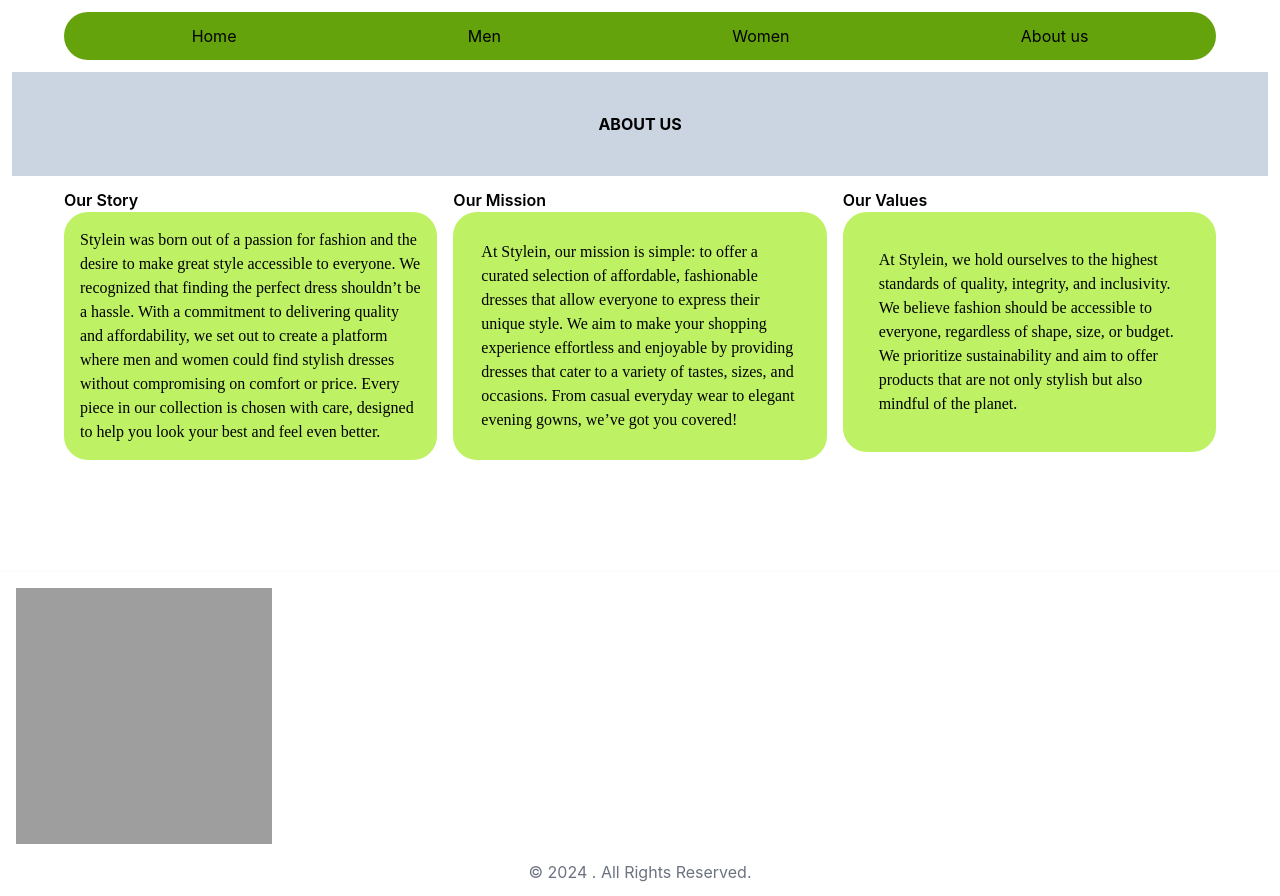
Repository: Mohankkanth/StyleIn_ShoppingSite
Page: /AboutUs
The author's editor kept a copy of each file at every save. The page is drawn from the files as they stood at one save, then again after the next save.
The browser window is 1280 px wide. The pictures show the whole page.
Pictures or frames that could not be fetched are drawn as grey boxes. The project was rebuilt for these pictures with package versions that can differ from the ones it lists, and the page was loaded fresh each time. Also part of the build but not shown: vite.config.js, src/component/Home/Home.jsx, src/component/api/MenProducts.jsx, src/component/Men/Men.jsx, src/component/Women/Women.jsx, src/component/api/KidsProducts.jsx, src/component/Kids/Kids.jsx, src/component/Errorpage/Errorpage.jsx and 18 more.

Above is the page before, as saved 2024-11-23 14:03:01.

### index.html
<!doctype html>
<html lang="en">

<head>
  <meta charset="UTF-8" />
  <meta name="viewport" content="width=device-width, initial-scale=1.0" />


  <link href="https://fonts.googleapis.com/css2?family=Montserrat:wght@400;700&display=swap" rel="stylesheet" />

  <title>Vite + React</title>



</head>

<body>
  <div id="root"></div>
  <script type="module" src="/src/index.jsx"></script>
</body>

</html>

### src/index.jsx
import ReactDOM from "react-dom";
import { createBrowserRouter, RouterProvider, Outlet } from "react-router-dom";
import Home from "./component/Home/Home";
import Men from "./component/Men/Men";
// import MenProducts from "./component/api/MenProducts";
import Women from "./component/Women/Women";
import Kids from "./component/Kids/Kids";
import Header from "./component/Header/Header";
import Footer from "./component/Footer/Footer";
import "./style.css";
import Errorpage from "./component/ErrorPage/Errorpage";
import Shirt from "./component/Men/Shirt";
import T_Shirt from "./component/Men/T_Shirt";
import Pant from "./component/Men/pant";
import Shorts from "./component/Men/Shorts";
import Boys from "./component/Kids/Boys/Boys";
import Girls from "./component/Kids/Girls/Girls";
import Kurtas from "./component/Women/kurtas";
import Sarees from "./component/Women/Saree";
import Leggin from "./component/Women/Leggin";
import Dupattas from "./component/Women/Dupattas";
import AboutUs from "./component/AboutUs/Aboutus";

const AppLayout = () => {
  return (
    <>
      <Header />
      <Outlet />
      <Footer />
    </>
  );
};

// Router Configuration
const Router = createBrowserRouter([
  {
    path: "/",
    element: <AppLayout />,
    children: [
      {
        path: "/",
        element: <Home />,
      },
      {
        path: "/Home",
        element: <Home />,
      },

      {
        path: "/Men",
        element: <Men />,
      },
      {
        path: "/Women",
        element: <Women/>,
      },
      {
        path: "/Kids",
        element: <Kids />,
      },
      {
        path:"/Shirt",
        element:<Shirt/>,
      },
      {
        path:"/T-Shirt",
        element:<T_Shirt/>,
      },
      {
        path:"/Pant",
        element:<Pant/>,
      },
      {
        path:"/Shorts",
        element:<Shorts/>,
      },
      {
        path:"/KidsBoys",
        element:<Boys/>,
      },
      {
        path:"/KidsGirls",
        element:<Girls/>,
      },

      {
        path:"/Kurtas",
        element:<Kurtas/>,
      },
      {
        path:"/Sarees",
        element:<Sarees/>,
      },
      {
        path:"/Leggins",
        element:<Leggin/>
      },
      {
        path:"/Dupattas",
        element:<Dupattas/>
      },
      {
        path:"/AboutUs",
        element:<AboutUs/>
      }
    ],
    errorElement:<Errorpage/>
  },
]);

// Render the Router
const root = ReactDOM.createRoot(document.getElementById("root"));
root.render(<RouterProvider router={Router} />);

### src/component/Header/Header.jsx
import { Link } from "react-router-dom"

const Header = () => {
  return (
    <>

      <div className="2xl:container mx-auto">
        <div className="w-[90%] mx-auto grid-cols-1">
          <div>
            <ul className="flex justify-around p-3 rounded-3xl bg-lime-600 font-mono mt-3">
              <Link to="/Home">
                <li className="hover:cursor-pointer  hover:text-white">Home</li>
              </Link>
              <Link to="/Men">
                <li className="hover:cursor-pointer  hover:text-white">Men
                </li>

              </Link>
              <Link to="/Women">
                <li className="hover:cursor-pointer  hover:text-white">Women</li>
              </Link>
              {/* <Link to="/Kids">
                <li className="hover:cursor-pointer  hover:text-white">Kids</li>
              </Link> */}
              <Link to="/Aboutus">
              <li className="hover:cursor-pointer  hover:text-white">About us</li>
              </Link>
            </ul>
          </div>
        </div>
      </div>
    </>
  )
}


export default Header

### src/component/Footer/Footer.jsx
import { Link } from "react-router-dom"

const Footer = () => {
  return (
    <>
      <footer className="bg-white  shadow  dark:bg-[#333333] mt-28">
        <div className="w-full mx-auto max-w-screen-xl p-4 md:flex md:items-center md:justify-between">
          <div>
          <img src="https://ik.imagekit.io/Sample/E-Commerce/Logo/StyleIn_Logo-removebg-preview.png?updatedAt=1732345349547" alt="" className="h-64 w-64" />

          </div>

          <div className="text-white">
            <p className="font-bold font-[Raleway]">Address</p>
            <p>
              <p className="font-[Raleway]">Stylein Fashion Store </p>
              123 Fashion Street,<br />
              T. Nagar, Chennai,<br /> Tamil Nadu 600017,
              India</p>
          </div>
          <div className="text-white">
            <p className="font-bold font-[Raleway]">Contact</p>
            <p></p>
            <p className="hover:cursor-pointer">Mobile:&nbsp;9523148795</p>
            <p className="hover:cursor-pointer">Email:&nbsp;support@stylein.com</p>
          </div>

          <div className="text-white">
            <p className="font-bold font-[Raleway]">Customer Service Hours</p>
            <p>
              Monday to Friday: 9:00 AM - 6:00 PM <br />
              Saturday: 10:00 AM - 4:00 PM <br />
              Sunday: Closed</p>
          </div>



        </div>
        <div className="flex justify-center pb-3">
        <span className="text-base  text-gray-500 sm:text-center dark:text-gray-400">
            © 2024{" "}
            {/* <a href="https://flowbite.com/" className="hover:underline">
              Flowbite™ </a> */}
            . All Rights Reserved.
          </span>
          </div>
      </footer>

    </>
  )
}


export default Footer

### src/style.css
@tailwind base;
@tailwind components;
@tailwind utilities;



/*Hero section image starting */

.flip-in-hor-bottom {
	-webkit-animation: flip-in-hor-bottom 0.5s cubic-bezier(0.250, 0.460, 0.450, 0.940) both;
	        animation: flip-in-hor-bottom 2s cubic-bezier(0.250, 0.460, 0.450, 0.940) both;
}


/* ----------------------------------------------
 * Generated by Animista on 2024-11-2 22:17:44
 * Licensed under FreeBSD License.
 * See http://animista.net/license for more info.
 * w: http://animista.net, t: @cssanimista
 * ---------------------------------------------- */

/**
 * ----------------------------------------
 * animation flip-in-hor-bottom
 * ----------------------------------------
 */
 @-webkit-keyframes flip-in-hor-bottom {
    0% {
      -webkit-transform: rotateX(80deg);
              transform: rotateX(80deg);
      opacity: 0;
    }
    100% {
      -webkit-transform: rotateX(0);
              transform: rotateX(0);
      opacity: 1;
    }
  }
  @keyframes flip-in-hor-bottom {
    0% {
      -webkit-transform: rotateX(80deg);
              transform: rotateX(80deg);
      opacity: 0;
    }
    100% {
      -webkit-transform: rotateX(0);
              transform: rotateX(0);
      opacity: 1;
    }
  }

  /*Hero section image ending */




  .shake-horizontal {
	-webkit-animation: shake-horizontal 0.5s cubic-bezier(0.455, 0.030, 0.515, 0.955) both;
	        animation: shake-horizontal 30s cubic-bezier(0.455, 0.030, 0.515, 0.955) both;
}


/* ----------------------------------------------
 * Generated by Animista on 2024-11-2 22:48:21
 * Licensed under FreeBSD License.
 * See http://animista.net/license for more info.
 * w: http://animista.net, t: @cssanimista
 * ---------------------------------------------- */

/**
 * ----------------------------------------
 * animation shake-horizontal
 * ----------------------------------------
 */
 @-webkit-keyframes shake-horizontal {
    0%,
    100% {
      -webkit-transform: translateX(0);
              transform: translateX(0);
    }
    10%,
    30%,
    50%,
    70% {
      -webkit-transform: translateX(-10px);
              transform: translateX(-10px);
    }
    20%,
    40%,
    60% {
      -webkit-transform: translateX(10px);
              transform: translateX(10px);
    }
    80% {
      -webkit-transform: translateX(8px);
              transform: translateX(8px);
    }
    90% {
      -webkit-transform: translateX(-8px);
              transform: translateX(-8px);
    }
  }
  @keyframes shake-horizontal {
    0%,
    100% {
      -webkit-transform: translateX(0);
              transform: translateX(0);
    }
    10%,
    30%,
    50%,
    70% {
      -webkit-transform: translateX(-10px);
              transform: translateX(-10px);
    }
    20%,
    40%,
    60% {
      -webkit-transform: translateX(10px);
              transform: translateX(10px);
    }
    80% {
      -webkit-transform: translateX(8px);
              transform: translateX(8px);
    }
    90% {
      -webkit-transform: translateX(-8px);
              transform: translateX(-8px);
    }
  }

### src/component/AboutUs/Aboutus.jsx

import React from 'react';

const AboutUs = () => {
    return (
        <>
            <div className='2xl:container mx-auto'>
                <p className="font-bold bg-slate-300 text-center p-10 m-3">ABOUT US</p>

                <div className=" w-[90%]  mx-auto grid grid-cols-1 md:grid-cols-3 gap-4 ">

                    <div>
                        <p className='font-semibold text-justify '>Our Story</p>
                        <p className='bg-lime-300 p-4 rounded-3xl font-[Raleway]'>
                            Stylein was born out of a passion for fashion and the desire to make great style accessible to everyone. We recognized that finding the perfect dress shouldn’t be a hassle. With a commitment to delivering quality and affordability, we set out to create a platform where men and women could find stylish dresses without compromising on comfort or price. Every piece in our collection is chosen with care, designed to help you look your best and feel even better.</p>
                    </div>
                    <div>
                        <p className='font-semibold text-justify '>Our Mission</p>
                        <p className='bg-lime-300  rounded-3xl font-[Raleway] p-7'>At Stylein, our mission is simple: to offer a curated selection of affordable, fashionable dresses that allow everyone to express their unique style. We aim to make your shopping experience effortless and enjoyable by providing dresses that cater to a variety of tastes, sizes, and occasions. From casual everyday wear to elegant evening gowns, we’ve got you covered!</p>
                    </div>

                    <div>
                        <p className='font-semibold text-justify'>Our Values</p>
                        <p className='bg-lime-300  rounded-3xl font-[Raleway] p-9'>
                            At Stylein, we hold ourselves to the highest standards of quality, integrity, and inclusivity. We believe fashion should be accessible to everyone, regardless of shape, size, or budget. We prioritize sustainability and aim to offer products that are not only stylish but also mindful of the planet.</p>
                    </div>


                </div>
            </div>

        </>
    )
}
export default AboutUs

### tailwind.config.js
/** @type {import('tailwindcss').Config} */
export default {
  content: [
    "./index.html",
    "./src/**/*.{js,ts,jsx,tsx}",
  ],
  theme: {
    extend: {
      colors: {
        primary: {"50":"#eff6ff","100":"#dbeafe","200":"#bfdbfe","300":"#93c5fd","400":"#60a5fa","500":"#3b82f6","600":"#2563eb","700":"#1d4ed8","800":"#1e40af","900":"#1e3a8a","950":"#172554"}
      }
    },
    fontFamily: {
      'body': [
    'Inter',
    'ui-sans-serif',
    'system-ui',
    '-apple-system',
    'system-ui',
    'Segoe UI',
    'Roboto',
    'Helvetica Neue',
    'Arial',
    'Noto Sans',
    'sans-serif',
    'Apple Color Emoji',
    'Segoe UI Emoji',
    'Segoe UI Symbol',
    'Noto Color Emoji'
  ],
      'sans': [
    'Inter',
    'ui-sans-serif',
    'system-ui',
    '-apple-system',
    'system-ui',
    'Segoe UI',
    'Roboto',
    'Helvetica Neue',
    'Arial',
    'Noto Sans',
    'sans-serif',
    'Apple Color Emoji',
    'Segoe UI Emoji',
    'Segoe UI Symbol',
    'Noto Color Emoji'
  ]
    }
  },
  plugins: [],
}

After the next save:
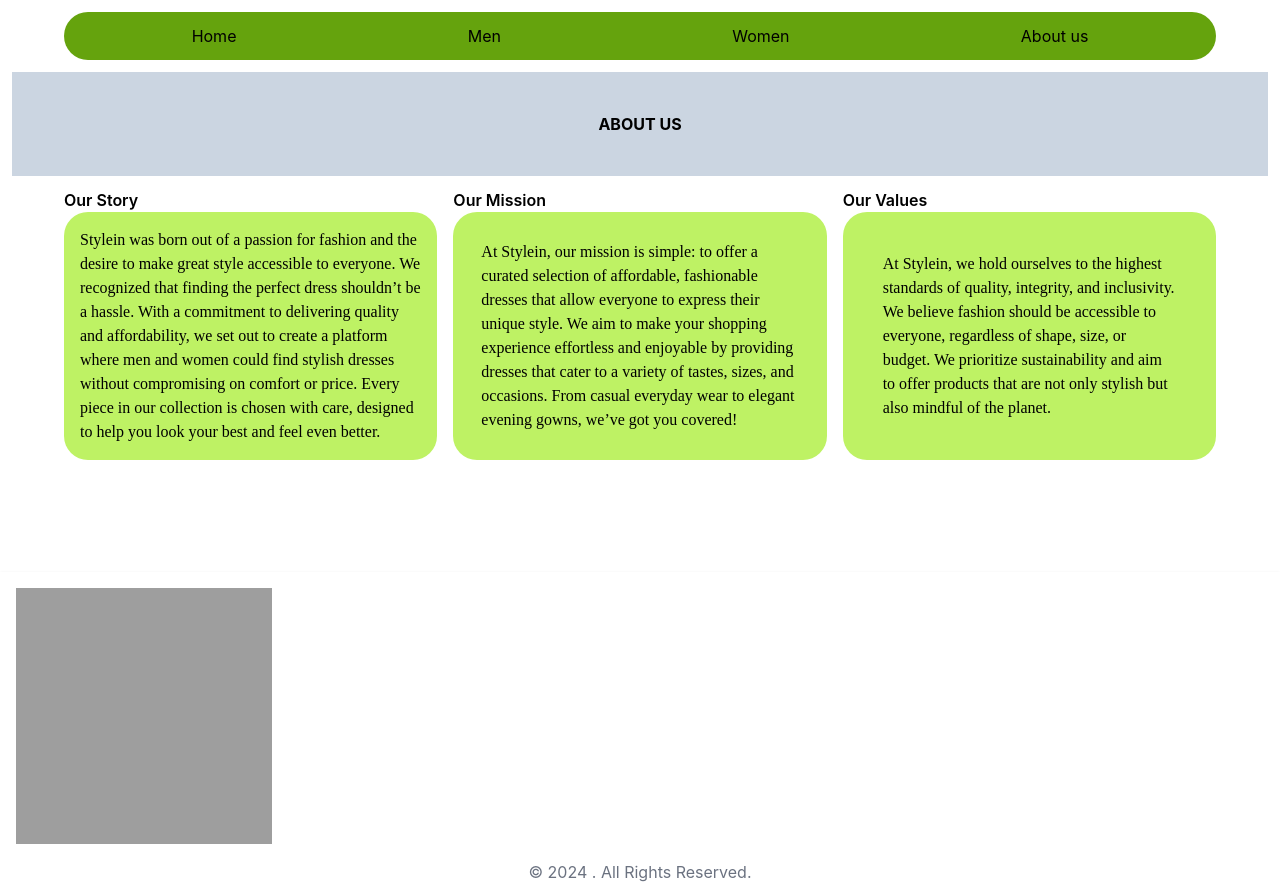
Saved 8 s later.
--- a/src/component/AboutUs/Aboutus.jsx
+++ b/src/component/AboutUs/Aboutus.jsx
@@ -21,7 +21,7 @@
 
                     <div>
                         <p className='font-semibold text-justify'>Our Values</p>
-                        <p className='bg-lime-300  rounded-3xl font-[Raleway] p-9'>
+                        <p className='bg-lime-300  rounded-3xl font-[Raleway] p-10'>
                             At Stylein, we hold ourselves to the highest standards of quality, integrity, and inclusivity. We believe fashion should be accessible to everyone, regardless of shape, size, or budget. We prioritize sustainability and aim to offer products that are not only stylish but also mindful of the planet.</p>
                     </div>
 
